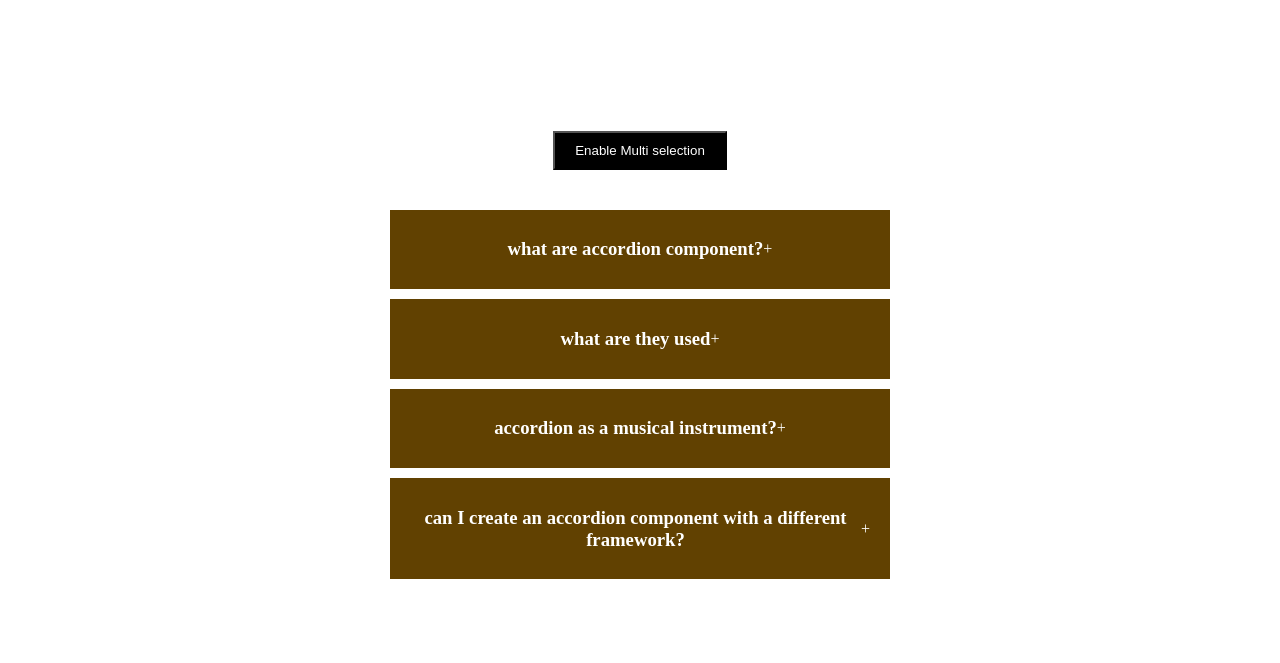
Repository: wakoya-tech/react-project
Page: / (app in react-project/)
An editor plug-in stored every save of this project. The page is shown before and after the next save, followed by the edit.
The browser window is 1280 px wide. The pictures show the whole page.
The project was rebuilt for these pictures with package versions that can differ from the ones it lists, and the page was loaded fresh each time. Also part of the build but not shown: react-project/vite.config.js, react-project/src/index.css.

Above is the page before, as saved 2025-10-22 20:43:09.

### react-project/src/App.jsx
import './App.css';
import Accordion from './components/accordion';

function App() {
  return (
    <div>
      <Accordion />
    </div>
  );
}

export default App;

### react-project/src/App.css
body{
    margin: 0;
    padding: 0;
}
.wrapper{
display: flex;
text-align: center;
align-items: center;
justify-content: center;
}

### react-project/src/components/accordion/index.jsx
import { useState } from "react";
import data from './data';
import './style.css'
export default function Accordion() {
  const [selected, setSelected] = useState(null);
  function handleSingleSelection(getCurrentId){

    console.log(getCurrentId);
setSelected(getCurrentId)
  }
  return (
    <div className="wrapper">
      <button>Enable Multi selection</button>
      <div className="accordion">
        {
        data && data.length > 0 &&
          data.map((dataItem) => (
            <div className="item" key={dataItem.id}>
              <div onClick={()=>handleSingleSelection(dataItem.id)} className="title">
                <h3>{dataItem.question}</h3>

                <span>+</span>
              </div>
              {
                selected === dataItem.id?
                <div>{dataItem.answer}</div> : null
              }
            </div>
          ))
        }
      </div>
    </div>
  );
}

### react-project/src/components/accordion/data.js
const data = [
  {
    id: '1',
    question: "what are accordion component?",
    answer: "accordion components are user interface elements used for organ"
  },
  {
    id: '2',
    question: "what are they used",
    answer: "they are commonly employed in various contexts, including FAQs"
  },
  {
    id: '3',
    question: "accordion as a musical instrument?",
    answer: "the accordion is a musical instrument with a keyboard and bellows; it produces sound"
  },
  {
    id: '4',
    question: "can I create an accordion component with a different framework?",
    answer: "yes, of course! It is very possible to create an accordion component with another framework"
  }
];

export default data;

### react-project/src/components/accordion/style.css
.wrapper{
display: flex;
height: 100vh;
width: 100vw;
text-align: center;
align-items: center;
justify-content: center;
flex-direction: column;
gap: 20px;
}
.wrapper button {
    padding: 10px 20px;
    background: #000;
    color: #ffff;
    font: bold;
}
.accordion{
width: 500px;
padding-top: 10px;
}
.item{
    background: #614101;
    margin-top: 10px;
    margin-bottom: 10px;
    padding: 10px 20px;
}
.title {
    color: #ffffff;
    display: flex;
    justify-content: center;
    align-items: center;
    cursor: pointer;
}
.content{
    color: #ffffff;
    height: auto;
}

Loaded but not shown: react-project/index.html (common file); react-project/src/main.jsx (common file)

After the next save:
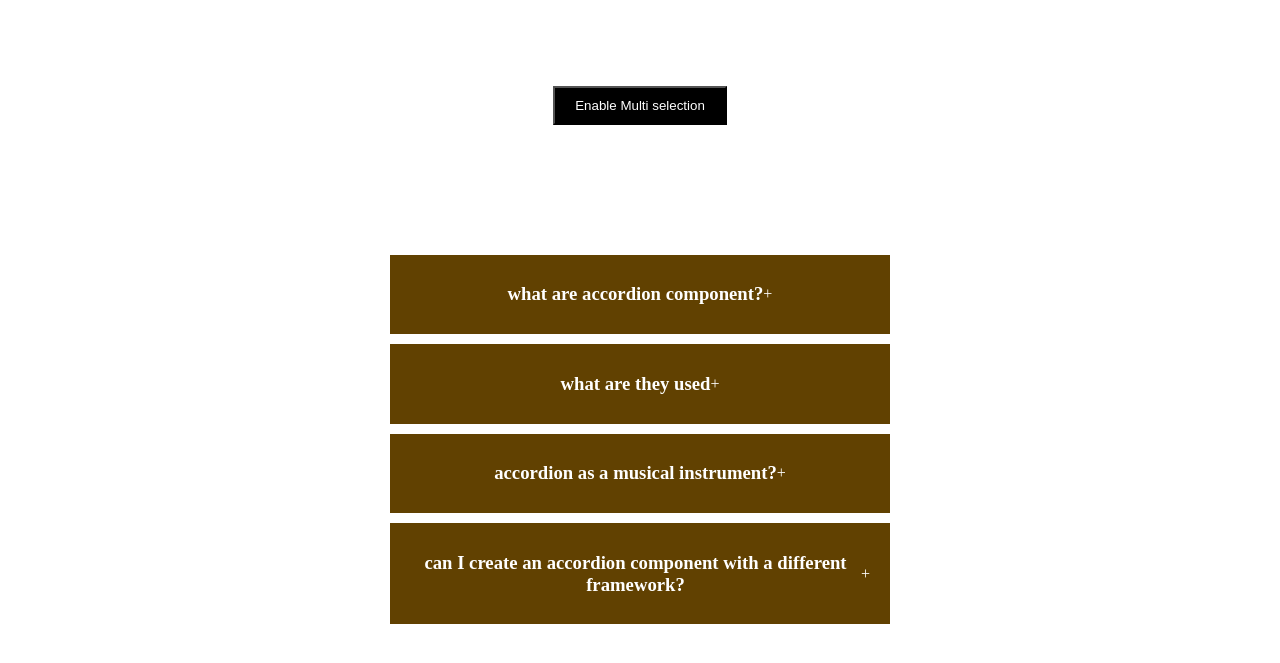
Saved 20 s later.
--- a/react-project/src/components/accordion/style.css
+++ b/react-project/src/components/accordion/style.css
@@ -16,7 +16,7 @@ gap: 20px;
 }
 .accordion{
 width: 500px;
-padding-top: 10px;
+padding-top: 100px;
 }
 .item{
     background: #614101;
